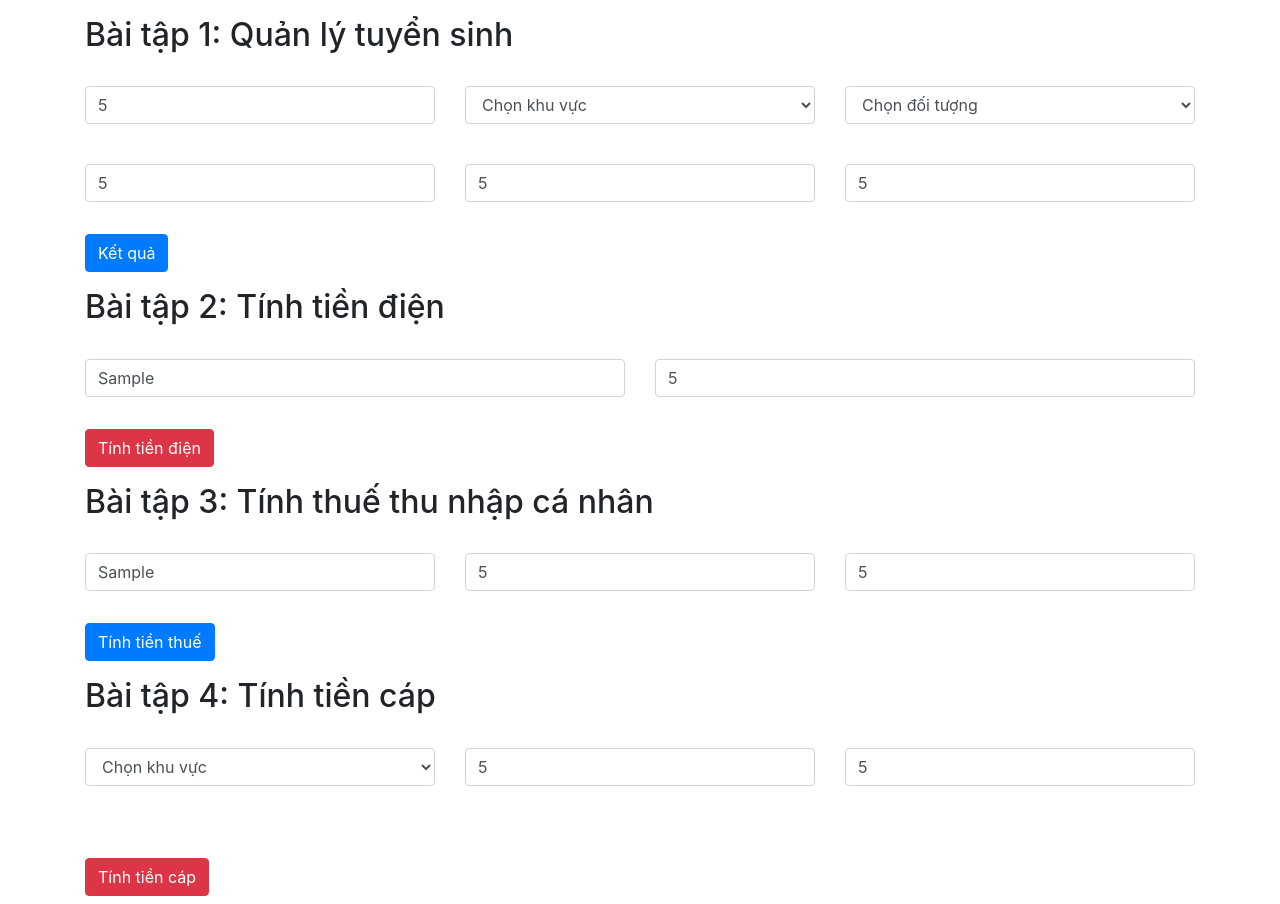
Repository: thanhfrankie/BC10-LeMinhThanh-Js-b5
Page: index.html
These files come from the project's save history. The page is drawn as it stood at one moment and after a run of saves; the edit follows.
The browser window is 1280 px wide. The pictures show the whole page.
Empty fields were first filled with sample values (such as "Sample", 5 or name@example.com).
After loading, the first visible `button[onclick="tinhTienThue()"]` was clicked once.

Above is the page before, as saved 2023-12-24 22:02:18.

### index.html
<!DOCTYPE html>
<html lang="en">
  <head>
    <title>Title</title>
    <!-- Required meta tags -->
    <meta charset="utf-8" />
    <meta
      name="viewport"
      content="width=device-width, initial-scale=1, shrink-to-fit=no"
    />

    <!-- Bootstrap CSS -->
    <link
      rel="stylesheet"
      href="https://stackpath.bootstrapcdn.com/bootstrap/4.3.1/css/bootstrap.min.css"
      integrity="sha384-ggOyR0iXCbMQv3Xipma34MD+dH/1fQ784/j6cY/iJTQUOhcWr7x9JvoRxT2MZw1T"
      crossorigin="anonymous"
    />
  </head>
  <body>
    <!-- Bài tập 1 -->
    <div class="container">
      <h2 class="mt-3">Bài tập 1: Quản lý tuyển sinh</h2>
      <div class="row">
        <div class="col-sm-4">
          <div class="form-group">
            <label for="diem-chuan"></label>
            <input
              type="number"
              class="form-control"
              name=""
              id="diem-chuan"
              aria-describedby="helpId"
              placeholder="Điểm chuẩn"
              required
            />
          </div>
        </div>
        <div class="col-sm-4">
          <div class="form-group">
            <label for="khu-vuc"></label>
            <select class="form-control" id="khu-vuc">
              <option selected>Chọn khu vực</option>
              <option>A</option>
              <option>B</option>
              <option>C</option>
            </select>
          </div>
        </div>
        <div class="col-sm-4">
          <div class="form-group">
            <label for="doi-tuong"></label>
            <select class="form-control" id="doi-tuong">
              <option selected>Chọn đối tượng</option>
              <option>1</option>
              <option>2</option>
              <option>3</option>
            </select>
          </div>
        </div>
      </div>
      <div class="row">
        <div class="col-sm-4">
          <div class="form-group">
            <label for="diem-mon-thu-1"></label>
            <input
              type="number"
              class="form-control"
              name=""
              id="diem-mon-thu-1"
              aria-describedby="helpId"
              placeholder="Điểm môn thứ 1"
              required
            />
          </div>
        </div>
        <div class="col-sm-4">
          <div class="form-group">
            <label for="diem-mon-thu-2"></label>
            <input
              type="number"
              class="form-control"
              name=""
              id="diem-mon-thu-2"
              aria-describedby="helpId"
              placeholder="Điểm môn thứ 2"
              required
            />
          </div>
        </div>
        <div class="col-sm-4">
          <div class="form-group">
            <label for="diem-mon-thu-3"></label>
            <input
              type="number"
              class="form-control"
              name=""
              id="diem-mon-thu-3"
              aria-describedby="helpId"
              placeholder="Điểm môn thứ 3"
              required
            />
          </div>
        </div>
      </div>
      <button
        type="button"
        onclick="tuyenSinh()"
        class="btn btn-primary mt-3"
        id="ket-qua-tuyen-sinh"
      >
        Kết quả
      </button>
      <h3 id="ket-qua-cuoi-cung" class="text-success"></h3>
    </div>
    <!-- Bài tập 2 -->
    <div class="container">
      <h2 class="mt-3">Bài tập 2: Tính tiền điện</h2>
      <div class="row">
        <div class="col-sm-6">
          <div class="form-group">
            <label for="ho-ten"></label>
            <input
              type="text"
              class="form-control"
              name=""
              id="ho-ten"
              aria-describedby="helpId"
              placeholder="Nhập họ và tên"
              required
            />
          </div>
        </div>
        <div class="col-sm-6">
          <div class="form-group">
            <label for="so-kw"></label>
            <input
              type="number"
              class="form-control"
              name=""
              id="so-kw"
              aria-describedby="helpId"
              placeholder="Nhập số kw"
              required
            />
          </div>
        </div>
      </div>
      <button
        type="button"
        onclick="tinhTienDien()"
        class="btn btn-danger mt-3"
      >
        Tính tiền điện
      </button>

      <h3 id="thong-tin-hoa-don" class="text-success"></h3>
    </div>
    <!-- Bài tập 3-->
    <div class="container">
      <h2 class="mt-3">Bài tập 3: Tính thuế thu nhập cá nhân</h2>
      <div class="row">
        <div class="col-sm-4">
          <div class="form-group">
            <label for="nguoi-tinh-thue"></label>
            <input
              type="text"
              class="form-control"
              name=""
              id="nguoi-tinh-thue"
              aria-describedby="helpId"
              placeholder="Nhập họ tên"
              required
            />
          </div>
        </div>
        <div class="col-sm-4">
          <div class="form-group">
            <label for="thu-nhap-nam"></label>
            <input
              type="number"
              class="form-control"
              name=""
              id="thu-nhap-nam"
              aria-describedby="helpId"
              placeholder="Tổng thu nhập năm"
              required
            />
          </div>
        </div>
        <div class="col-sm-4">
          <div class="form-group">
            <label for="so-nguoi-phu-thuoc"></label>
            <input
              type="number"
              class="form-control"
              name=""
              id="so-nguoi-phu-thuoc"
              aria-describedby="helpId"
              placeholder="Số người phụ thuộc"
              required
            />
          </div>
        </div>
      </div>
      <button type="button" onclick="tinhTienThue()" class="btn btn-primary mt-3">
        Tính tiền thuế
      </button>
      <h3 id="tinh-tien-thue" class="text-success"></h3>
    </div>
    <!-- Bài tập 4-->
    <div class="container">
      <h2 class="mt-3">Bài tập 4: Tính tiền cáp</h2>
      <div class="row">
        <div class="col-sm-4">
          <div class="form-group">
            <label for="khach-hang"></label>
            <select class="form-control" id="khach-hang" onchange="chonKhachHang()">
              <option selected>Chọn khu vực</option>
              <option>Nhà Dân</option>
              <option>Doanh Nghiệp</option>
            </select>
          </div>
        </div>
        <div class="col-sm-4">
          <div class="form-group">
            <label for="ma-khach-hang"></label>
            <input
              type="number"
              class="form-control"
              name=""
              id="ma-khach-hang"
              aria-describedby="helpId"
              placeholder="Nhập mã khách hàng"
              required
            />
          </div>
        </div>
        <div class="col-sm-4">
          <div class="form-group">
            <label for="kenh-cao-cap"></label>
            <input
              type="number"
              class="form-control"
              name=""
              id="kenh-cao-cap"
              aria-describedby="helpId"
              placeholder="Số kênh cao cấp"
              required
            />
          </div>
        </div>
        <div class="col-sm-4">
          <div class="form-group">
            <label for="so-ket-noi"></label>
            <input
              style="display: none"
              type="number"
              class="form-control"
              name=""
              id="so-ket-noi"
              aria-describedby="helpId"
              placeholder="Số kết nối"
              required
            />
          </div>
        </div>
      </div>
      <button type="button" onclick="tinhTienCap()" class="btn btn-danger mt-3">
        Tính tiền cáp
      </button>

      <h3 id="hoa-don-tien-cap" class="text-success"></h3>
    </div>

    <!-- Optional JavaScript -->
    <!-- jQuery first, then Popper.js, then Bootstrap JS -->
    <script
      src="https://code.jquery.com/jquery-3.3.1.slim.min.js"
      integrity="sha384-q8i/X+965DzO0rT7abK41JStQIAqVgRVzpbzo5smXKp4YfRvH+8abtTE1Pi6jizo"
      crossorigin="anonymous"
    ></script>
    <script
      src="https://cdnjs.cloudflare.com/ajax/libs/popper.js/1.14.7/umd/popper.min.js"
      integrity="sha384-UO2eT0CpHqdSJQ6hJty5KVphtPhzWj9WO1clHTMGa3JDZwrnQq4sF86dIHNDz0W1"
      crossorigin="anonymous"
    ></script>
    <script
      src="https://stackpath.bootstrapcdn.com/bootstrap/4.3.1/js/bootstrap.min.js"
      integrity="sha384-JjSmVgyd0p3pXB1rRibZUAYoIIy6OrQ6VrjIEaFf/nJGzIxFDsf4x0xIM+B07jRM"
      crossorigin="anonymous"
    ></script>
    <script src="./index.js"></script>
  </body>
</html>

### index.js
// Bài tập 1
/**
 * B1: tạo biến, lấy giá trị từ input
 * B2: Xét các trường hợp
 * + nếu có môn điểm 0 => rớt
 * + chọn điểm chuẩn: ví dụ: 25
 * + tính điểm ưu tiên
 * + tính điểm tổng kết = tổng 3 môn thi + điểm ưu tiên
 * + so sánh điểm tổng kết và điểm chuẩn để kết luận đậu hay rớt
 * + gán sự kiện cho button
 * B3: hiển thị kết quả
 */
function tuyenSinh() {
  var diemMon1 = document.getElementById("diem-mon-thu-1").value * 1;
  var diemMon2 = document.getElementById("diem-mon-thu-2").value * 1;
  var diemMon3 = document.getElementById("diem-mon-thu-3").value * 1;
  var khuVucA = 2;
  var khuVucB = 1;
  var khuVucC = 0.5;
  var doiTuong1 = 2.5;
  var doiTuong2 = 1.5;
  var doiTuong3 = 1;
  var diemKhuVuc = document.getElementById("khu-vuc").value;
  var diemDoiTuong = document.getElementById("doi-tuong").value * 1;
  var diemUuTien = 0;
  var diemTongKet = 0;
  var ketQua = document.getElementById("ket-qua-cuoi-cung");
  var tongDiem3Mon = diemMon1 + diemMon2 + diemMon3;
  var diemChuan = document.getElementById("diem-chuan").value * 1;
  if (diemMon1 === 0 || diemMon2 === 0 || diemMon3 === 0) {
    ketQua.innerText = `Kết quả: Rớt!!!`;
  }
  if (
    diemKhuVuc !== "A" ||
    diemKhuVuc !== "B" ||
    diemKhuVuc !== "C" ||
    diemDoiTuong !== 1 ||
    diemDoiTuong !== 2 ||
    diemDoiTuong !== 3
  ) {
    ketQua.innerText = `Vui lòng chọn khu vực và đối tượng`;
  }
  if (diemKhuVuc === "A" && diemDoiTuong == 1) {
    diemUuTien = khuVucA + doiTuong1;

    diemTongKet = tongDiem3Mon + diemUuTien;
    if (diemTongKet < diemChuan) {
      return (ketQua.innerText = `Kết quả: ${diemTongKet} - Rớt!!!`);
    }
    return (ketQua.innerText = `Kết quả: ${diemTongKet} - Đậu `);
  }
  if (diemKhuVuc === "A" && diemDoiTuong == 2) {
    diemUuTien = khuVucA + doiTuong2;

    diemTongKet = tongDiem3Mon + diemUuTien;
    if (diemTongKet < diemChuan) {
      return (ketQua.innerText = `Kết quả: ${diemTongKet} - Rớt!!!`);
    }
    return (ketQua.innerText = `Kết quả: ${diemTongKet} - Đậu `);
  }
  if (diemKhuVuc === "A" && diemDoiTuong == 3) {
    diemUuTien = khuVucA + doiTuong3;

    diemTongKet = tongDiem3Mon + diemUuTien;
    if (diemTongKet < diemChuan) {
      return (ketQua.innerText = `Kết quả: ${diemTongKet} - Rớt!!!`);
    }
    return (ketQua.innerText = `Kết quả: ${diemTongKet} - Đậu `);
  }
  if (diemKhuVuc === "B" && diemDoiTuong == 1) {
    diemUuTien = khuVucB + doiTuong1;

    diemTongKet = tongDiem3Mon + diemUuTien;
    if (diemTongKet < diemChuan) {
      return (ketQua.innerText = `Kết quả: ${diemTongKet} - Rớt!!!`);
    }
    return (ketQua.innerText = `Kết quả: ${diemTongKet} - Đậu `);
  }
  if (diemKhuVuc === "B" && diemDoiTuong == 2) {
    diemUuTien = khuVucB + doiTuong2;

    diemTongKet = tongDiem3Mon + diemUuTien;
    if (diemTongKet < diemChuan) {
      return (ketQua.innerText = `Kết quả: ${diemTongKet} - Rớt!!!`);
    }
    return (ketQua.innerText = `Kết quả: ${diemTongKet} - Đậu `);
  }
  if (diemKhuVuc === "B" && diemDoiTuong == 3) {
    diemUuTien = khuVucB + doiTuong3;

    diemTongKet = tongDiem3Mon + diemUuTien;
    if (diemTongKet < diemChuan) {
      return (ketQua.innerText = `Kết quả: ${diemTongKet} - Rớt!!!`);
    }
    return (ketQua.innerText = `Kết quả: ${diemTongKet} - Đậu `);
  }
  if (diemKhuVuc === "C" && diemDoiTuong == 1) {
    diemUuTien = khuVucC + doiTuong1;

    diemTongKet = tongDiem3Mon + diemUuTien;
    if (diemTongKet < diemChuan) {
      return (ketQua.innerText = `Kết quả: ${diemTongKet} - Rớt!!!`);
    }
    return (ketQua.innerText = `Kết quả: ${diemTongKet} - Đậu `);
  }
  if (diemKhuVuc === "C" && diemDoiTuong == 2) {
    diemUuTien = khuVucC + doiTuong2;

    diemTongKet = tongDiem3Mon + diemUuTien;
    if (diemTongKet < diemChuan) {
      return (ketQua.innerText = `Kết quả: ${diemTongKet} - Rớt!!!`);
    }
    return (ketQua.innerText = `Kết quả: ${diemTongKet} - Đậu `);
  }
  if (diemKhuVuc === "C" && diemDoiTuong == 3) {
    diemUuTien = khuVucC + doiTuong3;

    diemTongKet = tongDiem3Mon + diemUuTien;
    if (diemTongKet < diemChuan) {
      return (ketQua.innerText = `Kết quả: ${diemTongKet} - Rớt!!!`);
    }
    return (ketQua.innerText = `Kết quả: ${diemTongKet} - Đậu `);
  }
}

// Bài tập 2
/**
 * B1: tạo biến, lấy giá trị từ input
 * B2: Tính tiền điện
 * + tạo biến để tính số tiền điện theo kw
 * + xét các trường hợp tiêu thụ điện và tính số tiền tương ứng
 * + gán sự kiện click cho button
 * B3: hiển thị kết quả
 */
function tinhTienDien() {
  var hoTen = document.getElementById("ho-ten").value;
  var soKw = document.getElementById("so-kw").value * 1;
  var ketQua = document.getElementById("thong-tin-hoa-don");
  var tienPhaiTra = 0;
  if (soKw <= 50) {
    tienPhaiTra = soKw * 500;
    return (ketQua.innerText = `Họ tên: ${hoTen}, Tiền điện: ${tienPhaiTra}`);
  }
  if (50 < soKw && soKw <= 100) {
    tienPhaiTra = 50 * 500 + (soKw - 50) * 650;
    return (ketQua.innerText = `Họ tên: ${hoTen}, Tiền điện: ${tienPhaiTra}`);
  }
  if (100 < soKw && soKw <= 200) {
    tienPhaiTra = 50 * 500 + 50 * 650 + (soKw - 100) * 850;
    return (ketQua.innerText = `Họ tên: ${hoTen}, Tiền điện: ${tienPhaiTra}`);
  }
  if (200 < soKw && soKw <= 350) {
    tienPhaiTra = 50 * 500 + 50 * 650 + 100 * 850 + (soKw - 200) * 1100;
    return (ketQua.innerText = `Họ tên: ${hoTen}, Tiền điện: ${tienPhaiTra}`);
  }
  if (soKw > 350) {
    tienPhaiTra =
      50 * 500 + 50 * 650 + 100 * 850 + 150 * 1100 + (soKw - 350) * 1300;
    return (ketQua.innerText = `Họ tên: ${hoTen}, Tiền điện: ${tienPhaiTra}`);
  }
}

// Bài tập 3
/**
 * B1: tạo biến, lấy giá trị từ input
 * B2: Tính thuế thu nhập cá nhân
 * + tạo biến để tính tiền thuế theo công thức
 * + gán sự kiện click cho button
 * B3: hiển thị kết quả
 */
function tinhTienThue() {
  var hoTen = document.getElementById("nguoi-tinh-thue").value
  var thuNhapNam = document.getElementById("thu-nhap-nam").value*1
  var soNguoiPhuThuoc = document.getElementById("so-nguoi-phu-thuoc").value * 1
  var thuNhapChiuThue = document.getElementById("tinh-tien-thue")
  var so = 4e+5
  var tienThuNhapCaNhan = 0
  if (thuNhapNam < 60) {
    tienThuNhapCaNhan = thuNhapNam - 4e+6 - soNguoiPhuThuoc * 1.6e+6
    return thuNhapChiuThue.innerHTML= ` `
  }
}



// Bài tập 4
/**
 * B1: tạo biến, lấy giá trị từ input
 * B2: Tính tiền cáp
 * + gắn sự kiện onchange cho button để kiểm tra có phải Doanh Nghiệp hay không
 * + xét các trường hợp nhà dân, doanh nghiệp để tính hóa đơn
 * + gán sự kiện click cho button
 * B3: hiển thị kết quả
 */
function chonKhachHang() {
  var khachHang = document.getElementById("khach-hang").value;
  var soKetNoi = document.getElementById("so-ket-noi");

  if (khachHang === "Doanh Nghiệp") {
    soKetNoi.style.display = "block";
  } else {
    soKetNoi.style.display = "none";
  }
}

function tinhTienCap() {
  var khachHang = document.getElementById("khach-hang").value;
  var maKhachHang = document.getElementById("ma-khach-hang").value;
  var kenhCaoCap = document.getElementById("kenh-cao-cap").value;
  var soKetNoi = document.getElementById("so-ket-noi").value;
  var hoaDonTienCap = document.getElementById("hoa-don-tien-cap");
  var tongTienPhaiTra = 0;
  var phiXuLyHoaDonNhaDan = 4.5;
  var phiDichVuCoBanNhaDan = 20.5;
  var thueKenhCaoCapNhaDan = 7.5;
  var phiXuLyHoaDonDoanhNghiep = 15;
  var phiDichVuCoBanDoanhNghiep = 0;
  var thueKenhCaoCapDoanhNghiep = 50;
  if (khachHang === "Nhà Dân") {
    tongTienPhaiTra =
      phiXuLyHoaDonNhaDan +
      phiDichVuCoBanNhaDan +
      thueKenhCaoCapNhaDan * kenhCaoCap;
    hoaDonTienCap.innerHTML = ` Khách hàng: ${maKhachHang}, tiền cáp: ${tongTienPhaiTra}  `;
  }
  if (khachHang === "Doanh Nghiệp") {
    if (soKetNoi > 0 && soKetNoi <= 10) {
      phiDichVuCoBanDoanhNghiep = 75;
    }
    if (soKetNoi > 10) {
      phiDichVuCoBanDoanhNghiep = 75 + (soKetNoi - 10) * 5;
    }
    tongTienPhaiTra =
      phiXuLyHoaDonDoanhNghiep +
      phiDichVuCoBanDoanhNghiep +
      thueKenhCaoCapDoanhNghiep * kenhCaoCap;
  }
  hoaDonTienCap.innerHTML = ` Khách hàng: ${khachHang}, tiền cáp: ${tongTienPhaiTra}  `;
}

After the next 3 saves:
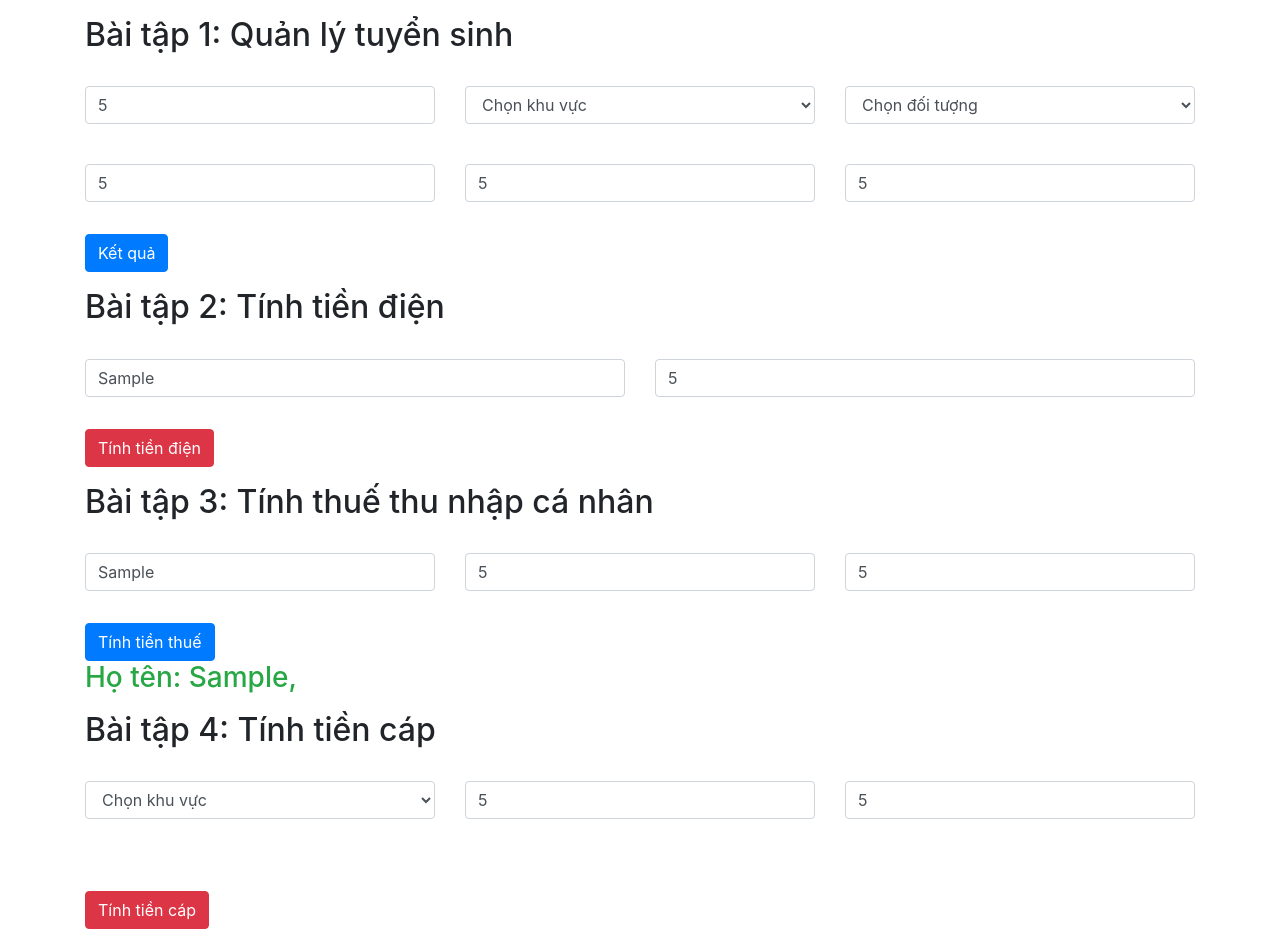
The 3 saves are shown as one change because they came seconds apart.
The last was saved 21 s later.
--- a/index.js
+++ b/index.js
@@ -177,7 +177,7 @@
   var tienThuNhapCaNhan = 0
   if (thuNhapNam < 60) {
     tienThuNhapCaNhan = thuNhapNam - 4e+6 - soNguoiPhuThuoc * 1.6e+6
-    return thuNhapChiuThue.innerHTML= ` `
+    return thuNhapChiuThue.innerHTML= `Họ tên: ${hoTen},  `
   }
 }
 

After the 3 saves that followed:
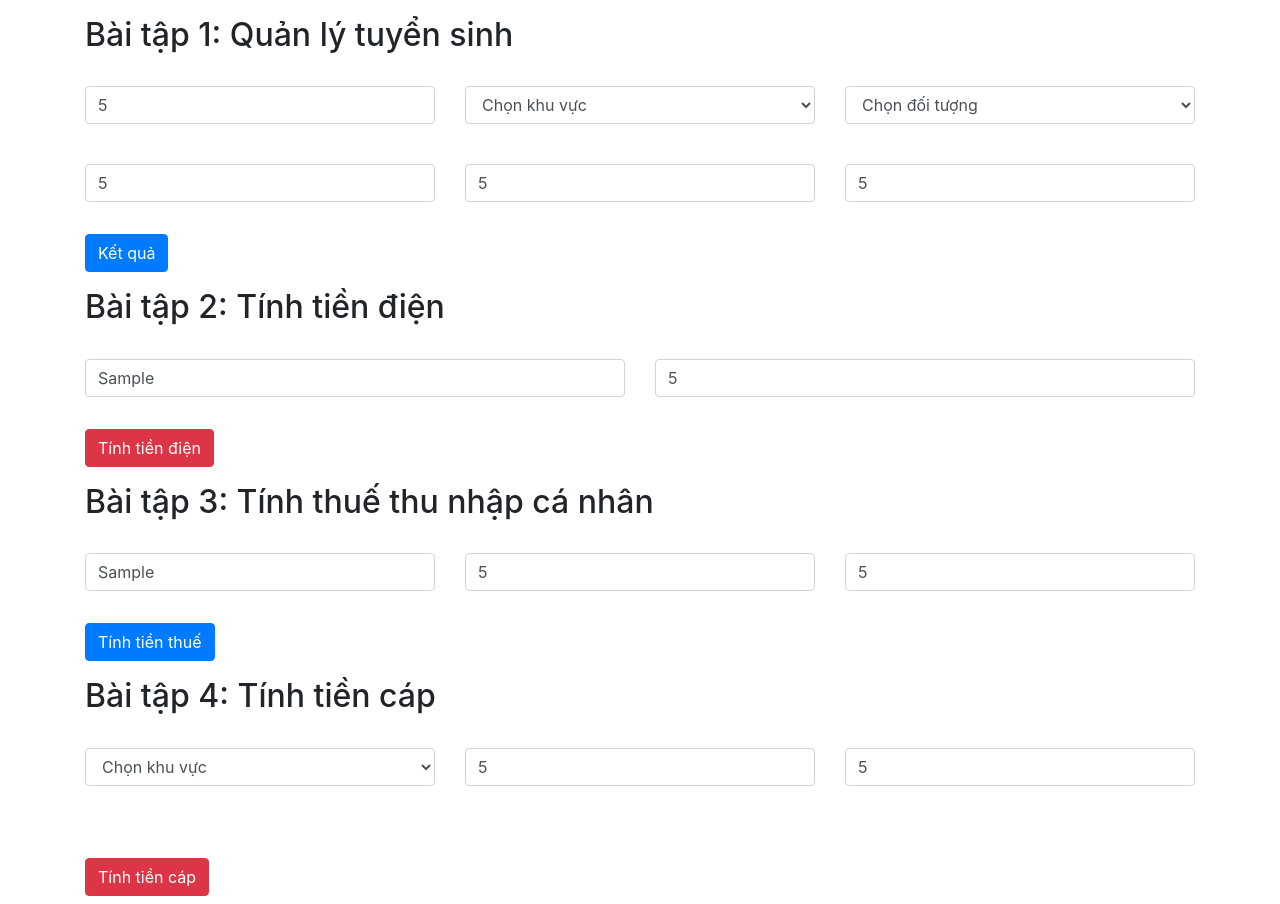
Console error: SyntaxError: Unexpected token '}'
The 3 saves are shown as one change because they came seconds apart.
The last was saved 17 s later.
--- a/index.js
+++ b/index.js
@@ -177,7 +177,7 @@
   var tienThuNhapCaNhan = 0
   if (thuNhapNam < 60) {
     tienThuNhapCaNhan = thuNhapNam - 4e+6 - soNguoiPhuThuoc * 1.6e+6
-    return thuNhapChiuThue.innerHTML= `Họ tên: ${hoTen},  `
+    return thuNhapChiuThue.innerHTML= `Họ tên: ${hoTen}, Tiền thuế thu nhập cá nhân: ${} `
   }
 }
 
